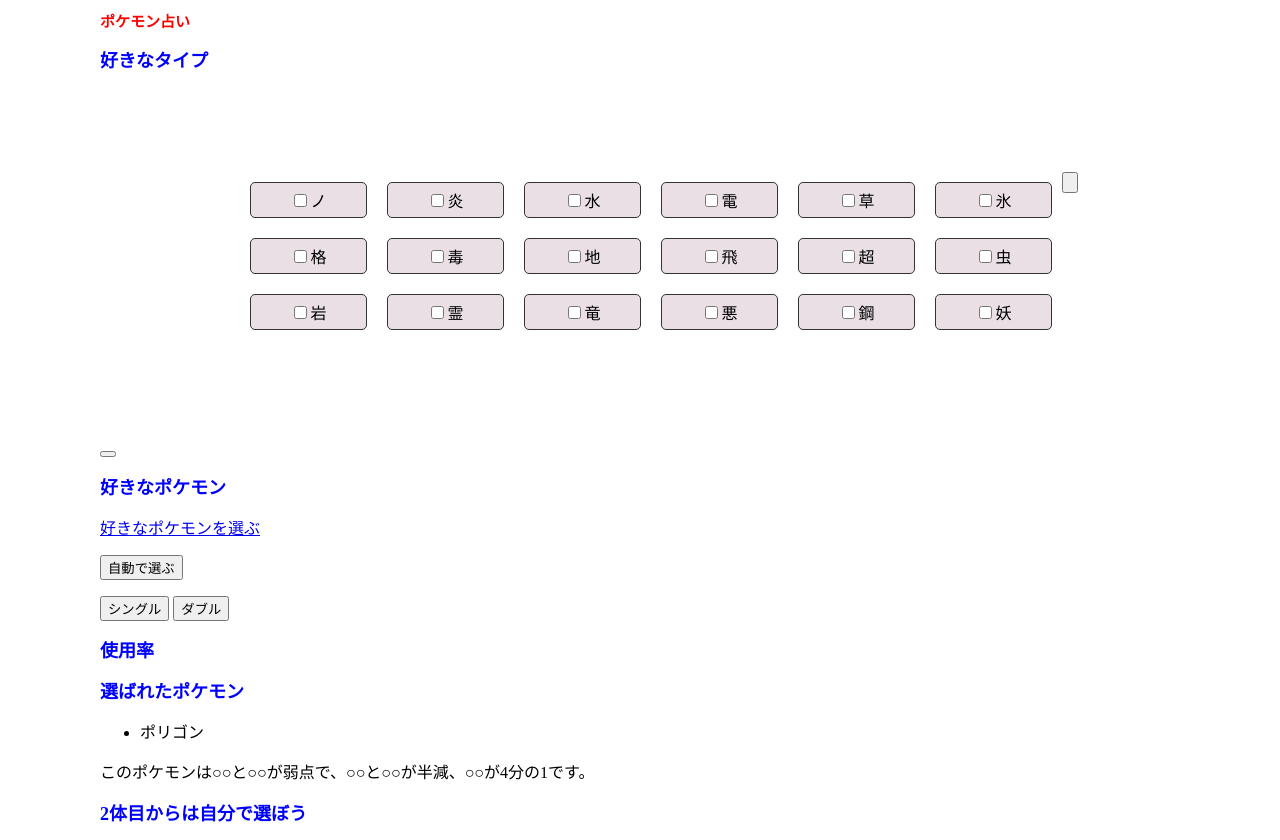
Repository: KustomApe/ksie
Page: index.html
The author's editor kept a copy of each file at every save. The page is drawn from the files as they stood at one save, then again after a run of saves.
The browser window is 1280 px wide. The pictures show the whole page.

Above is the page before, as saved 2021-01-21 17:27:19.

After the next 2 saves:
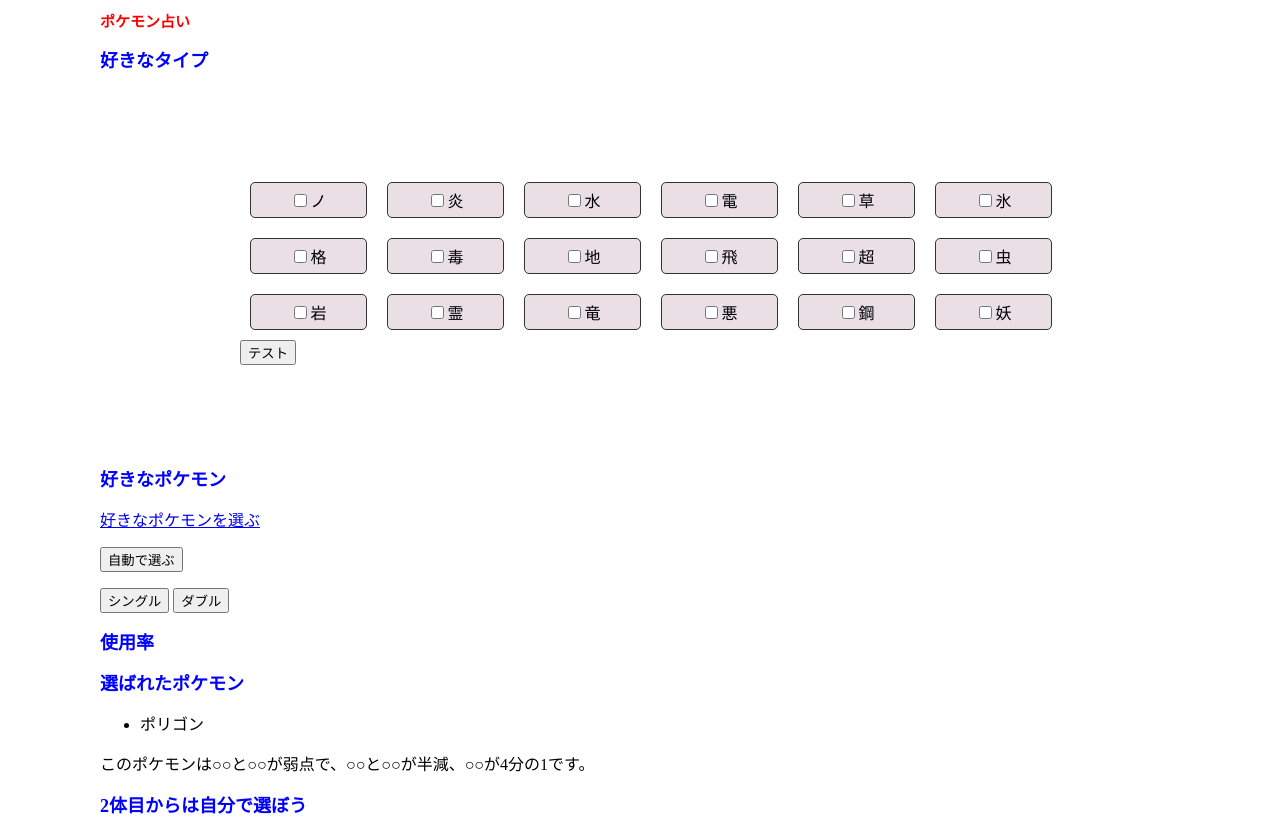
The 2 saves are shown as one change because they came seconds apart.
The last was saved 20 s later.
--- a/index.html
+++ b/index.html
@@ -31,10 +31,9 @@
             <li><input type="checkbox">悪</li>
             <li><input type="checkbox">鋼</li>
             <li><input type="checkbox">妖</li>
-            <input type="button" onclick="taipu()"">
+            <input type="button" onclick="taipu()" value="テスト">
         </form>
     </ul>
-    <button></button>
     <h2>好きなポケモン</h2>
     <p><a href="./select_pokemon.html">好きなポケモンを選ぶ</a></p>
     <form><input type="button" value="自動で選ぶ" onClick="uranai()"></form>
